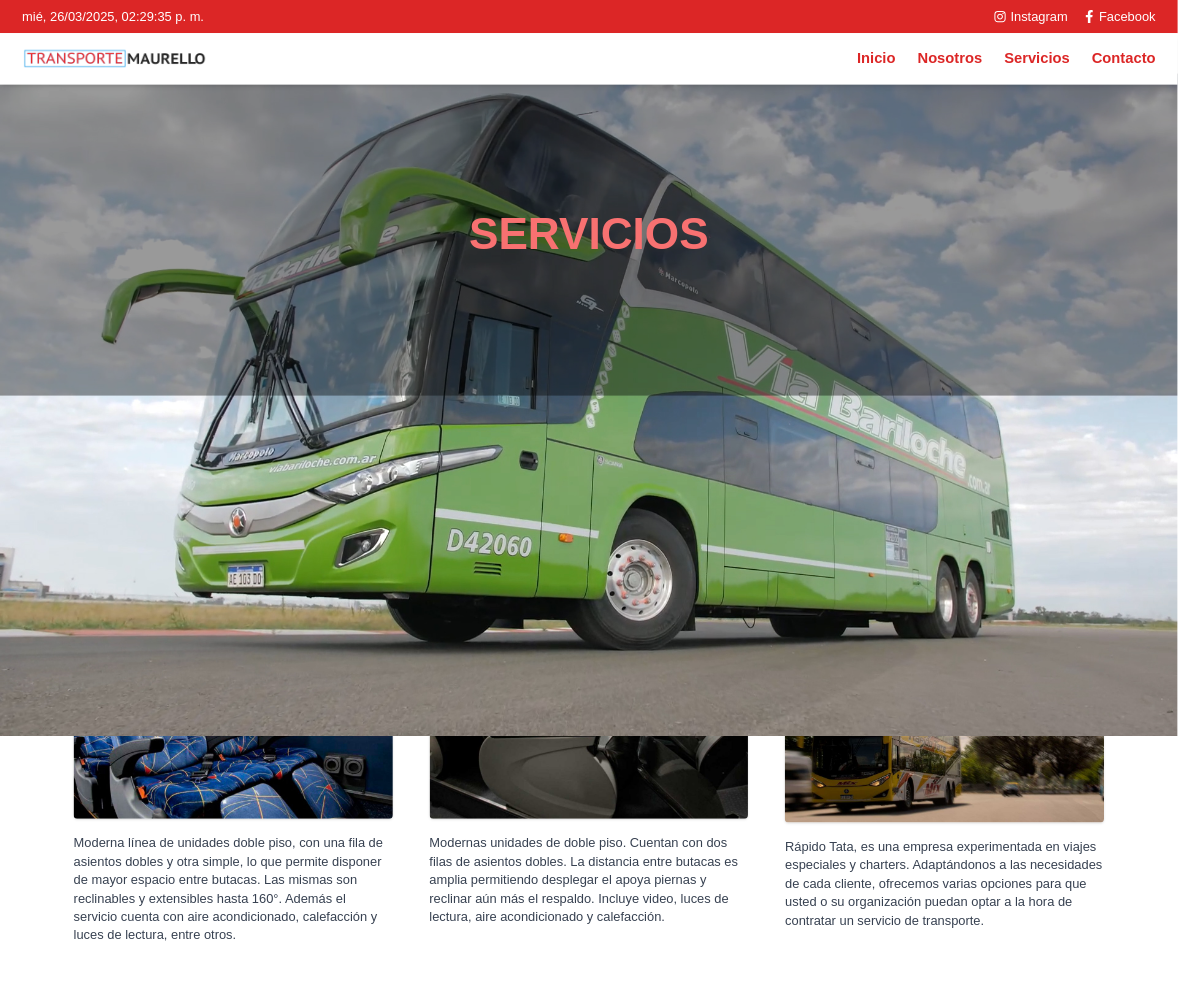
Repository: francoluca35/empresacolectivo
Page: /Servicios
These files come from the project's save history. The page is drawn as it stood at one moment and after the next save; the edit follows.
The browser window is 1280 px wide. The pictures show the whole page, at 92% of full size.
The project was rebuilt for these pictures with package versions that can differ from the ones it lists, and the page was loaded fresh each time. The framework's server and built-in components were replaced by stand-ins that run in the browser. Also part of the build but not shown: next.config.js, next.config.mjs.

Above is the page before, as saved 2025-03-27 02:31:20.

After the next save:
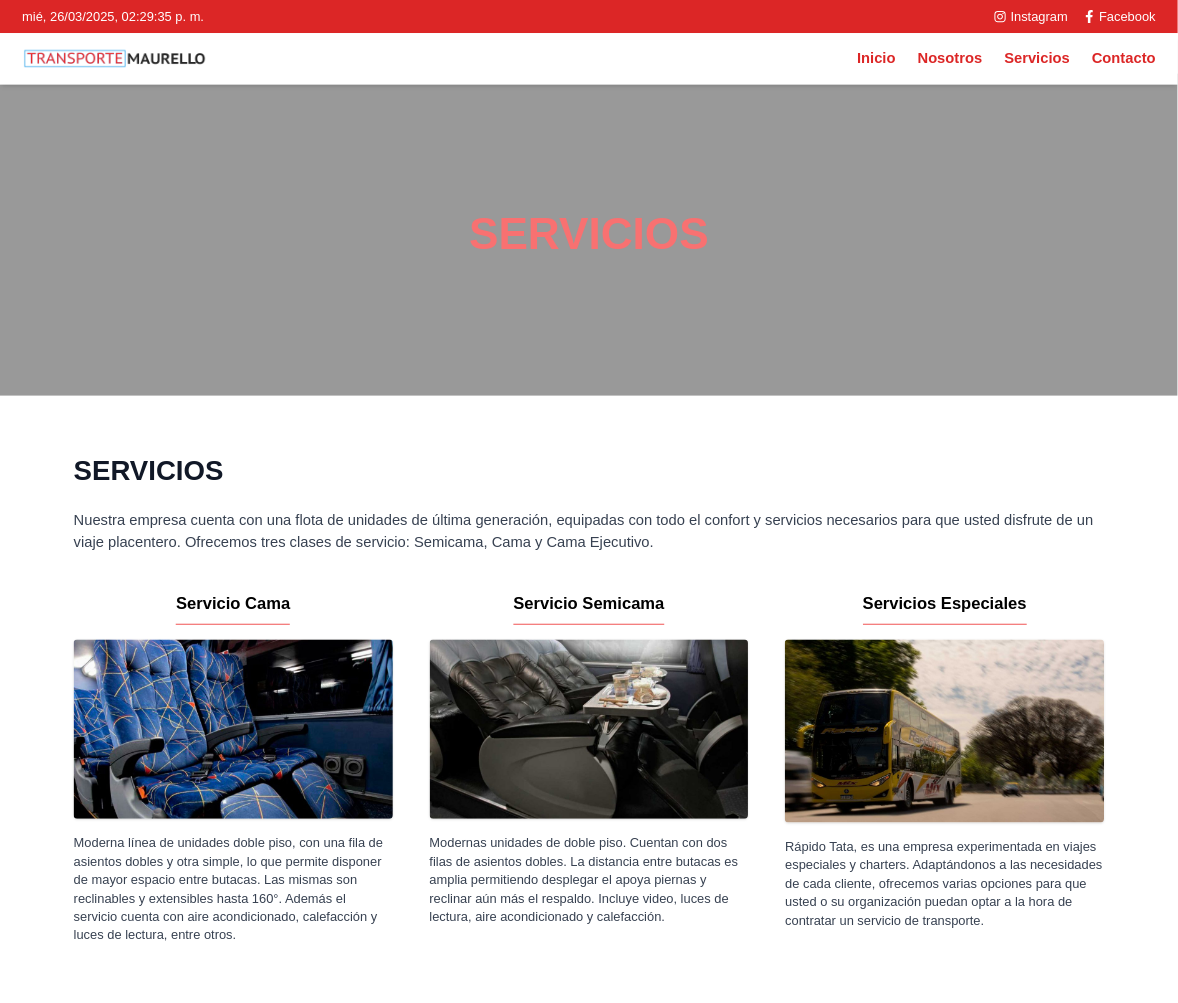
Saved 11 s later.
--- a/src/app/Servicios/page.js
+++ b/src/app/Servicios/page.js
@@ -13,12 +13,7 @@
       <section className="bg-white">
         {/* Banner superior */}
         <div className="relative mt-20 md:mt-30 w-full h-[250px] md:h-[350px]">
-          <img
-            src="Assets/bus-bg.jpg"
-            alt="Banner Servicios"
-            fill
 
-          />
           <div className="absolute inset-0 bg-black bg-opacity-40 flex items-center justify-center">
             <h2 className="text-4xl md:text-5xl font-bold text-red-400 uppercase">Servicios</h2>
           </div>

After the save that followed:
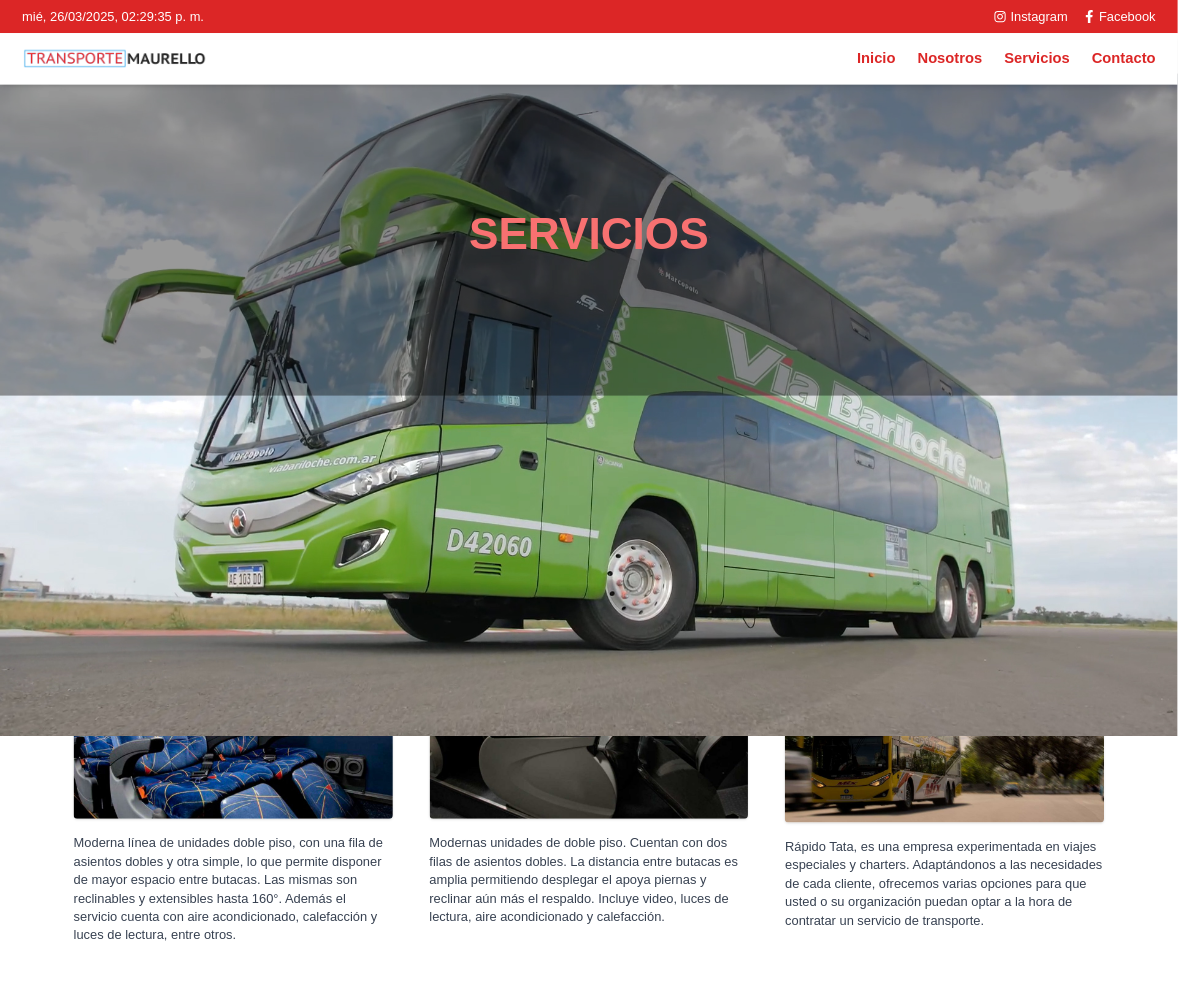
Saved 6 s later.
--- a/src/app/Servicios/page.js
+++ b/src/app/Servicios/page.js
@@ -13,7 +13,12 @@
       <section className="bg-white">
         {/* Banner superior */}
         <div className="relative mt-20 md:mt-30 w-full h-[250px] md:h-[350px]">
+          <img
+            src="Assets/bus-bg.jpg"
+            alt="Banner Servicios"
+            fill
 
+          />
           <div className="absolute inset-0 bg-black bg-opacity-40 flex items-center justify-center">
             <h2 className="text-4xl md:text-5xl font-bold text-red-400 uppercase">Servicios</h2>
           </div>
